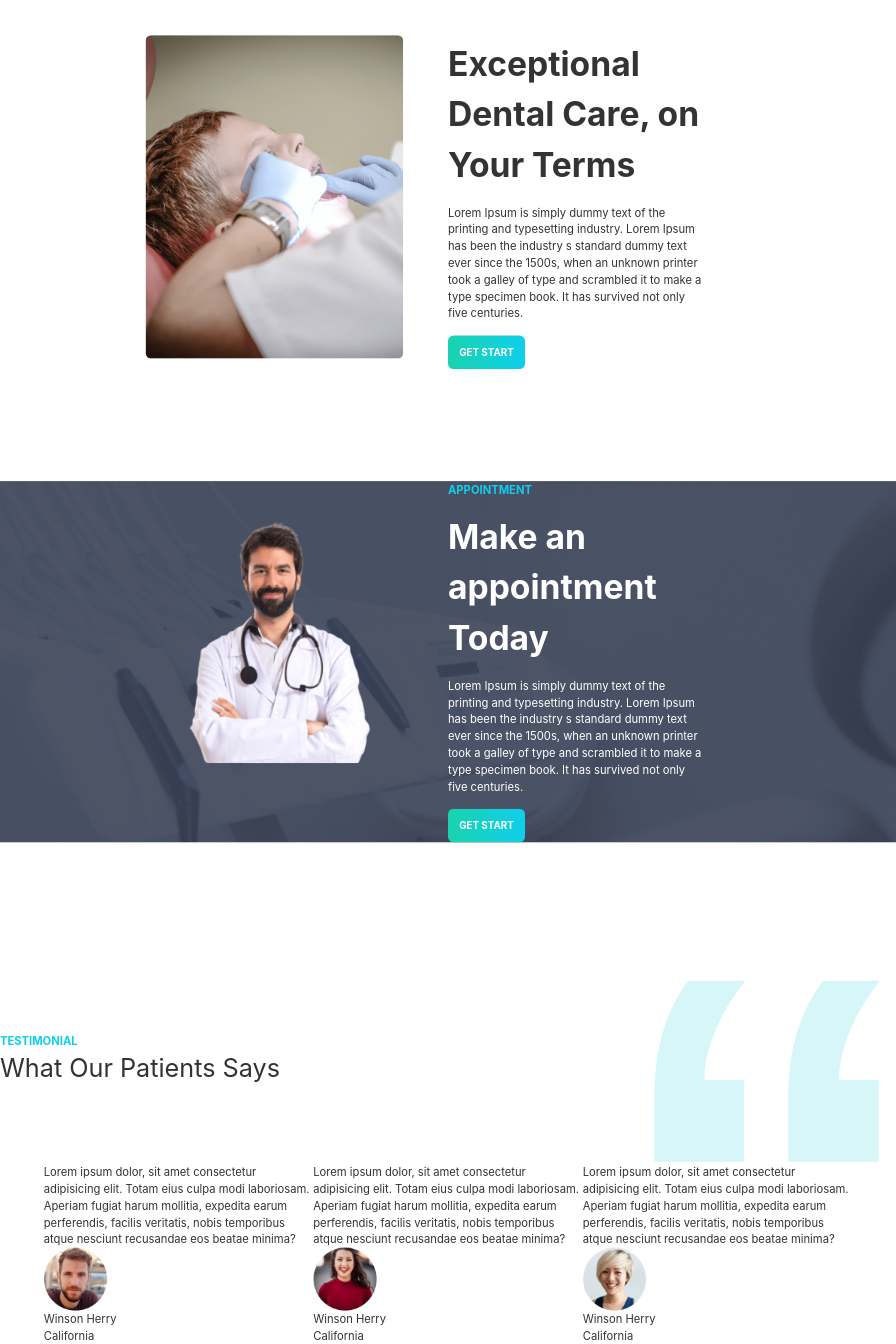
Repository: shikubro90/doctorsportal
Page: /
These files come from the project's save history. The page is drawn as it stood at one moment and after a run of saves; the edit follows.
The browser window is 1280 px wide. The pictures show the part of the page from y = 1756 to 3676 px (the page is 3676 px tall), at 70% of full size.
The project was rebuilt for these pictures with package versions that can differ from the ones it lists, and the page was loaded fresh each time. Also part of the build but not shown: src/App.css, src/Pages/About/About.jsx.

Above is the page before, as saved 2022-10-02 09:35:30.

### src/App.js
import { Route, Routes } from 'react-router-dom';
import './App.css';
import About from './Pages/About/About';
import Home from './Pages/Home/Home';
import Navbar from './Shared/Navbar';

function App() {
  return (
    <div className="App">
      <Navbar/>
      <Routes>
        <Route path='/' element={<Home/>}/>
        <Route path='/home' element={<Home/>}/>
        <Route path='/about' element={<About/>}/>
      </Routes>
    </div>
  );
}

export default App;

### src/Pages/Home/Home.jsx
import React from 'react'
import AppointmentSection from './AppointmentSection'
import Banner from './Banner'
import BasicInfo from './BasicInfo'
import ServiceSection from './ServiceSection'
import TestimonialSection from './TestimonialSection'

const Home = () => {
  return (
    <div>
      <Banner />
      <BasicInfo/>
      <ServiceSection/>
      <AppointmentSection/>
      <TestimonialSection/>
    </div>
  )
}

export default Home

### src/Shared/Navbar.jsx
import React from 'react'
import { Link } from 'react-router-dom'

const Navbar = () => {
  return (
    <div className="px-20">
      <div className="navbar bg-base-100">
        <div className="navbar-start">
          <div className="dropdown">
            <label tabIndex={0} className="btn btn-ghost lg:hidden">
              <svg
                xmlns="http://www.w3.org/2000/svg"
                className="h-5 w-5"
                fill="none"
                viewBox="0 0 24 24"
                stroke="currentColor"
              >
                <path
                  strokeLinecap="round"
                  strokeLinejoin="round"
                  strokeWidth="2"
                  d="M4 6h16M4 12h8m-8 6h16"
                />
              </svg>
            </label>
            <ul
              tabIndex={0}
              className="menu menu-compact dropdown-content mt-3 p-2 shadow bg-base-100 rounded-box w-52"
            >
              <li>
                <Link to="/home">Home</Link>
              </li>
              <li>
                <Link to="/about">About</Link>
              </li>
              <li>
                <Link to="/appointment">Appointment</Link>
              </li>
              <li>
                <Link to="/review">Reviews</Link>
              </li>
              <li>
                <Link to="/contact">Contact Us</Link>
              </li>
              <li>
                <Link to="/contact">Login</Link>
              </li>
            </ul>
          </div>
          <Link to="/" className='btn btn-ghost normal-case text-xl'>Doctors Portal</Link>
        </div>

        <div className="navbar-center hidden lg:flex">

          <ul className="menu menu-horizontal p-0 pl-20">
            <li>
              <Link to="/home">Home</Link>
            </li>
            <li>
              <Link to="/about">About</Link>
            </li>
            <li>
              <Link to="/appointment">Appointment</Link>
            </li>
            <li>
              <Link to="/review">Reviews</Link>
            </li>
            <li>
              <Link to="/contact">Contact Us</Link>
            </li>
            <li>
              <Link to="/contact">Login</Link>
            </li>
          </ul>

        </div>

      </div>

    </div>
  )
}

export default Navbar

### src/Pages/Home/AppointmentSection.jsx
import React from 'react'
import AppointmentCard from './AppointmentCard'

import { appointment } from '../../assets/resourse/Resourse.js'

const AppointmentSection = () => {
  return (
    <div>
      {appointment.map(
        ({ id, image, title, desc, style, button_text, shortTitle }) => {
          return (
            <AppointmentCard
              key={id}
              image={image}
              title={title}
              desc={desc}
              style={style}
              button_text={button_text}
              shortTitle={shortTitle}
            />
          )
        },
      )}
    </div>
  )
}

export default AppointmentSection

### src/Pages/Home/Banner.jsx
import React from 'react'
import heroImage from '../../assets/images/chair.png'
import ButtonPrimary from '../../Shared/ButtonPrimary'
import bg from '../../assets/images/bg.png'

function Banner() {
  return (
    <div>
      <div
        className="hero min-h-screen"
        style={{ background: `url(${bg})`, backgroundSize: 'cover' }}
      >
        <div className="hero-content flex flex-col lg:flex-row-reverse">
          <img
            src={heroImage}
            className="max-w-lg rounded-lg shadow-2xl"
            alt="bannerImage"
          />
          <div className="px-6">
            <h1 className="text-5xl font-bold uppercase">
              Your New Smile Starts Here
            </h1>
            <p className="py-6 ">
              Provident cupiditate voluptatem et in. Quaerat fugiat ut assumenda
              excepturi exercitationem quasi. In deleniti eaque aut repudiandae
              et a id nisi.
            </p>
            <ButtonPrimary>{'Get Started'}</ButtonPrimary>
          </div>
        </div>
      </div>
    </div>
  )
}

export default Banner

### src/Pages/Home/BasicInfo.jsx
import MiniCard from './MiniCard'
import { miniCard } from '../../assets/resourse/Resourse.js'

const BasicInfo = () => {
  return (
    <div className="flex items-center justify-center gap-5 px-5">
      {miniCard.map(({ id, icon, title, style, disc }) => {
        return (
          <MiniCard
            key={id}
            icon={icon}
            title={title}
            style={style}
            disc={disc}
          />
        )
      })}
    </div>
  )
}

export default BasicInfo

### src/Pages/Home/ServiceSection.jsx
import MiniServiceCard from './MiniServiceCard'
import { serviceMiniCard } from '../../assets/resourse/Resourse'

const ServiceSection = () => {
  return (
    <div className="serviceWrapp pt-40">
      <div className="flex items-center justify-center flex-col">
        <p className="text-primary font-bold uppercase">Our Service</p>
        <h2 className="text-3xl my-5">Service We Provide</h2>
      </div>
      <div className="flex items-center justify-center px-5 gap-5">
        {serviceMiniCard.map(({ id, icon, title, disc, style }) => {
          return (
            <MiniServiceCard
              key={id}
              icon={icon}
              title={title}
              disc={disc}
              style={style}
            />
          )
        })}
      </div>
    </div>
  )
}

export default ServiceSection

### src/Pages/Home/TestimonialSection.jsx
import React from 'react'
import TestimonialCard from './TestimonialCard'
import quote from '../../assets/icons/quote.svg'
import { testimonial } from '../../assets/resourse/Resourse.js'

const TestimonialSection = () => {
  return (
    <div className="testimonial">
      <div className="testimonialWrap">
        <div className="content">
          <div className="header flex items-center justify-between">
            <div className="header_left">
              <div className="shortTitle uppercase text-primary font-bold">
                Testimonial
              </div>
              <div className="text-[36px]">What Our Patients Says</div>
            </div>
            <div className="header_right">
              <img src={quote} alt="quote" />
            </div>
          </div>
          <div className="body flex items-center justify-center">
            {testimonial.map(({ id, title, image, name, country, desc }) => {
              return (
                <TestimonialCard
                  key={id}
                  title={title}
                  image={image}
                  name={name}
                  country={country}
                  desc={desc}
                />
              )
            })}
          </div>
        </div>
      </div>
    </div>
  )
}

export default TestimonialSection

### src/Pages/Home/AppointmentCard.jsx
import ButtonPrimary from '../../Shared/ButtonPrimary'


const AppointmentCard = (props) => {

  const { image, title, desc, style, button_text, shortTitle } = props

  return (
    <section className={`my-[160px]`} style={{background: `url(${style})`}}>
      <div className={`wrapper flex items-center px-52 ${style}`}>
        <div className="image flex-1">
          <img className={`rounded-lg ${style && "mt-[-60px]"}`} src={image} alt="bannerImage" />
        </div>
        <div className="details flex-1 flex justify-center flex-col px-16 gap-5">
          <div className="shortTitle uppercase text-primary font-bold">{shortTitle}</div>
          <div className={`title font-bold text-[48px] ${style && "text-white"}`}>{title}</div>
          <div className={`desc ${style && "text-white"}`}>{desc}</div>
          <ButtonPrimary>{button_text}</ButtonPrimary>
        </div>
      </div>
    </section>
  )
}

export default AppointmentCard

### src/assets/resourse/Resourse.js
import clock from '../icons/clock.svg'
import marker from '../icons/marker.svg'
import phone from '../icons/phone.svg'

import cavity from '../images/cavity.png'
import fluorid from '../images/fluoride.png'
import whitening from '../images/whitening.png'

import doctor from '../images/doctor-small.png'
import treatment from '../images/treatment.png'

import bgImage from '../images/appointment.png'


import people1 from '../images/people1.png'
import people2 from '../images/people2.png'
import people3 from '../images/people3.png'

export const miniCard = [
  {
    id: 0,
    icon: clock,
    title: 'Opening Hours',
    disc: 'Lorem Ipsum is simply dummy text of the pri',
    style: 'bg-gradient-to-r from-secondary to-primary text-white',
  },

  {
    id: 1,
    icon: marker,
    title: 'Visit our location',
    disc: 'Lorem Ipsum is simply dummy text of the pri',
    style: 'bg-[#3A4256] text-white',
  },

  {
    id: 2,
    icon: phone,
    title: 'Contact us now',
    disc: 'Lorem Ipsum is simply dummy text of the pri',
    style: 'bg-gradient-to-r from-secondary to-primary text-white',
  },
]

export const serviceMiniCard = [
  {
    id: 0,
    icon: cavity,
    title: 'Fluoride Treatment',
    disc:
      'Lorem Ipsum is simply dummy printing and typesetting indust Ipsum has been the',
    style: '',
  },
  {
    id: 1,
    icon: fluorid,
    title: 'Cavity Filling',
    disc:
      'Lorem Ipsum is simply dummy printing and typesetting indust Ipsum has been the',
    style: '',
  },
  {
    id: 2,
    icon: whitening,
    title: 'Teeth Whitening',
    disc:
      'Lorem Ipsum is simply dummy printing and typesetting indust Ipsum has been the',
    style: '',
  },
]

export const appointment = [
  {
    id: 0,
    image: treatment,
    title: 'Exceptional Dental Care, on Your Terms',
    desc:
      'Lorem Ipsum is simply dummy text of the printing and typesetting industry. Lorem Ipsum has been the industry s standard dummy text ever since the 1500s, when an unknown printer took a galley of type and scrambled it to make a type specimen book. It has survived not only five centuries.',
    button_text: 'Get Start',
    style: '',
  },
  {
    id: 1,
    image: doctor,
    shortTitle: 'Appointment',
    title: 'Make an appointment Today',
    desc:
      'Lorem Ipsum is simply dummy text of the printing and typesetting industry. Lorem Ipsum has been the industry s standard dummy text ever since the 1500s, when an unknown printer took a galley of type and scrambled it to make a type specimen book. It has survived not only five centuries.',
    button_text: 'Get Start',
    style: bgImage,
  },
]

export const testimonial = [
    {
        id : 0,
        desc : "Lorem ipsum dolor, sit amet consectetur adipisicing elit. Totam eius culpa modi laboriosam. Aperiam fugiat harum mollitia, expedita earum perferendis, facilis veritatis, nobis temporibus atque nesciunt recusandae eos beatae minima?",
        image : people1,
        name : "Winson Herry",
        country : "California"
    },
    {
        id : 1,
        desc : "Lorem ipsum dolor, sit amet consectetur adipisicing elit. Totam eius culpa modi laboriosam. Aperiam fugiat harum mollitia, expedita earum perferendis, facilis veritatis, nobis temporibus atque nesciunt recusandae eos beatae minima?",
        image : people2,
        name : "Winson Herry",
        country : "California"
    },
    {
        id : 2,
        desc : "Lorem ipsum dolor, sit amet consectetur adipisicing elit. Totam eius culpa modi laboriosam. Aperiam fugiat harum mollitia, expedita earum perferendis, facilis veritatis, nobis temporibus atque nesciunt recusandae eos beatae minima?",
        image : people3,
        name : "Winson Herry",
        country : "California"
    },
]

### src/Shared/ButtonPrimary.jsx
function ButtonPrimary({ children }) {

  return (
    <div>
      <button className={`btn bg-gradient-to-r from-secondary to-primary border-none font-bold text-white`}>
        {children}
      </button>
    </div>
  )
}

export default ButtonPrimary

### src/Pages/Home/MiniCard.jsx
const MiniCard = (props) => {
  const { icon, title, style, disc } = props
  return (
    <div
      className={`card card-side bg-base-100 shadow-xl flex items-center justify-center px-4 ${style}`}
    >
      <div className="">
        <img src={icon} alt="icon" />
      </div>
      <div className="card-body">
        <h2 className="card-title">{title}</h2>
        <p>{disc}</p>
      </div>
    </div>
  )
}

export default MiniCard

### src/Pages/Home/MiniServiceCard.jsx
const MiniServiceCard = (props) => {
  const { icon, title, disc } = props
  return (
    <div className="cardWrapper flex flex-col items-center justify-center p-6 py-20  gap-5 shadow-lg rounded-lg">
      <div className="icon">
        <img src={icon} alt="" />
      </div>
      <div className="title">{title}</div>
      <div className="desc text-center px-16">{disc}</div>
    </div>
  )
}

export default MiniServiceCard

### src/Pages/Home/TestimonialCard.jsx
import React from 'react'

const TestimonialCard = (props) => {
    const {desc,image, name, country} = props
  return (
    <div className='mainCard w-[385px]'>
        <div className="CardBody flex flex-col">
            <div className="desc">
                <p>{desc}</p>
            </div>
            <div className="bio">
                <img src={image} alt="" />
                <div className="info">
                    <h4>{name}</h4>
                    <p>{country}</p>
                </div>
            </div>
        </div>
    </div>
  )
}

export default TestimonialCard

### tailwind.config.js
/** @type {import('tailwindcss').Config} */

module.exports = {
  content: ['./src/**/*.{js,jsx,ts,tsx}'],
  theme: {},
  daisyui: {
    themes: [
      {
        doctorstheme: {
          primary: '#0FCFEC',
          secondary: '#19D3AE',
          accent: '#3A4256',
          neutral: '#3d4451',
          'base-100': '#ffffff',
        },
      },
      'light',
      'cupcake',
    ],
  },
  plugins: [require('daisyui')],
}

Loaded but not shown: public/index.html (common file); src/index.js (common file); src/index.css (common file); src/reportWebVitals.js (common file)

After the next 2 saves:
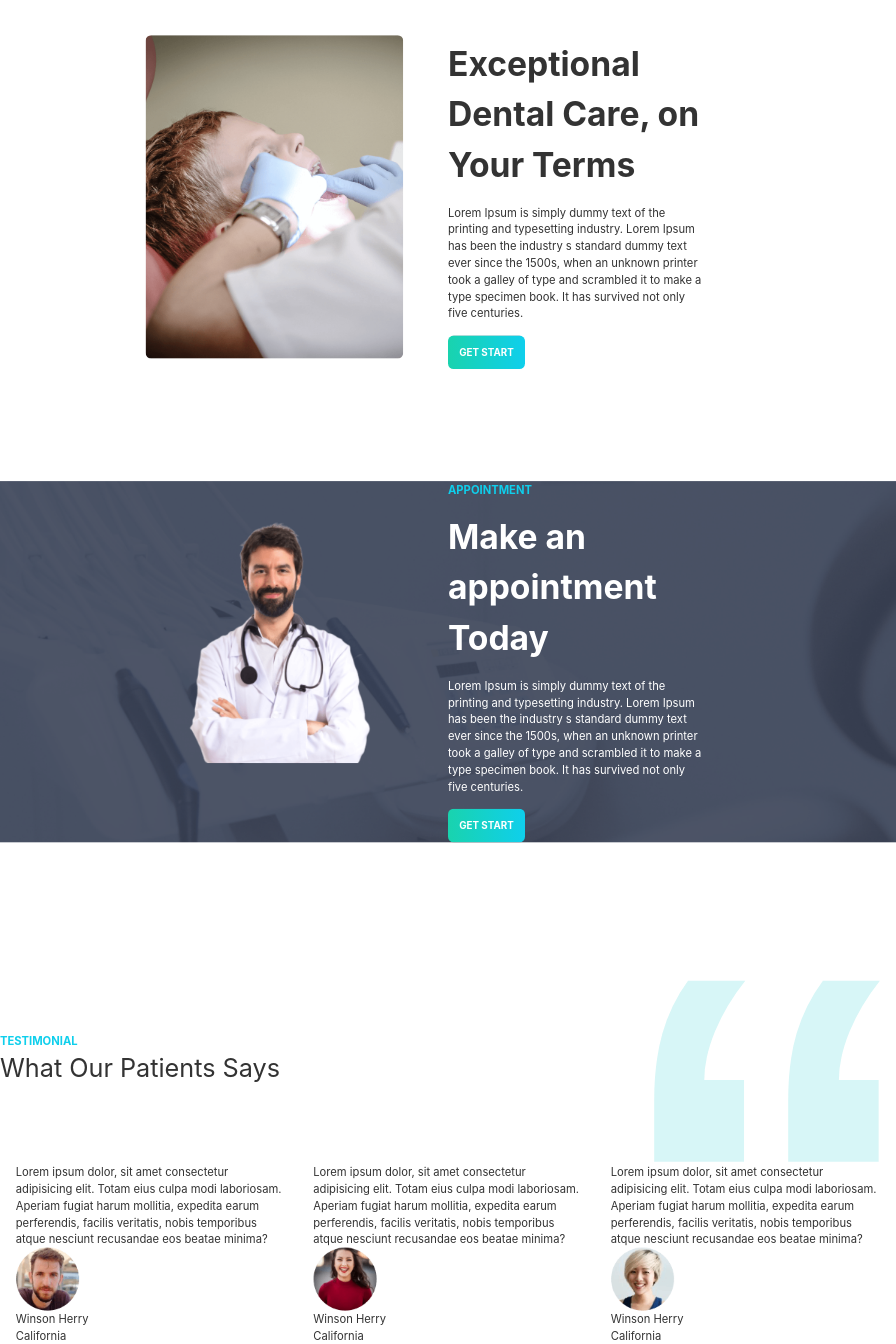
The 2 saves are shown as one change because they came seconds apart.
The last was saved 9 s later.
--- a/src/Pages/Home/TestimonialSection.jsx
+++ b/src/Pages/Home/TestimonialSection.jsx
@@ -19,7 +19,7 @@ const TestimonialSection = () => {
               <img src={quote} alt="quote" />
             </div>
           </div>
-          <div className="body flex items-center justify-center">
+          <div className="body flex items-center justify-center gap-10">
             {testimonial.map(({ id, title, image, name, country, desc }) => {
               return (
                 <TestimonialCard
